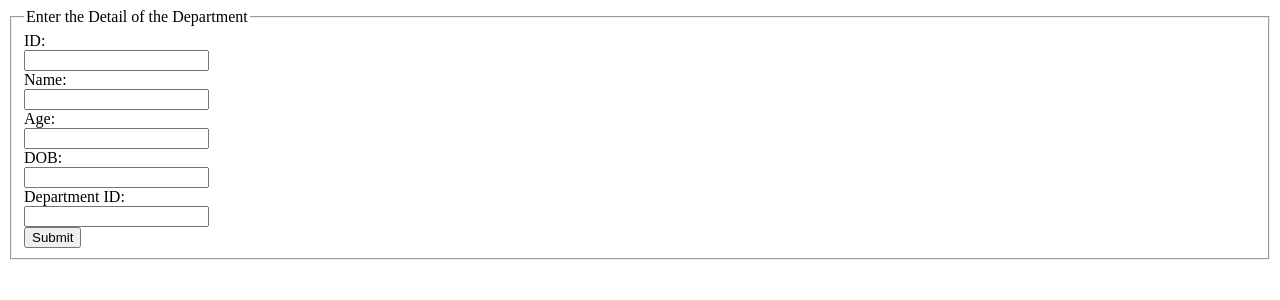
Repository: RanaRanvijaySingh/backup_projects
Page: http://localhost/ServletANDHibernate/ShowDepartment.jsp
The author's editor kept a copy of each file at every save. The page is drawn from the files as they stood at one save, then again after the next save.
The browser window is 1280 px wide. The pictures show the whole page.
The page is served by Tomcat 9.

Above is the page before, as saved 2013-07-11 14:54:00.

After the next save:
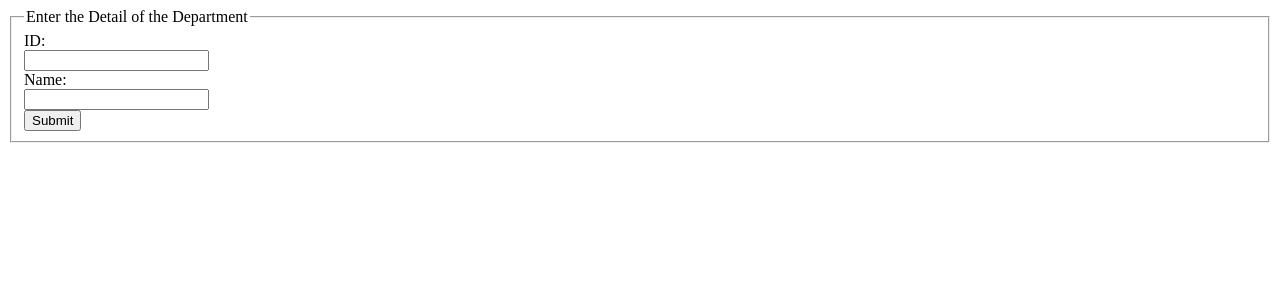
Saved 7 s later.
--- a/workspace-sts/ServletANDHibernate/WebContent/ShowDepartment.jsp
+++ b/workspace-sts/ServletANDHibernate/WebContent/ShowDepartment.jsp
@@ -24,22 +24,6 @@
 </div>
 
 <div>
-	<label for="Age">Age:</label><br>
-	<input type="text" name="age" value="" /><br>
-</div>
-
-<div>
-	<label for="Dob">DOB:</label><br>
-	<input type="text" name="dob" value="" /><br>
-</div>
-
-<div>
-	<label for="Dept_id">Department ID:</label><br>
-	<input type="text" name="dept_id" value="" /><br>
-</div>
-
-
-<div>
 	<input type="submit" value="Submit" />
 </div>
 
